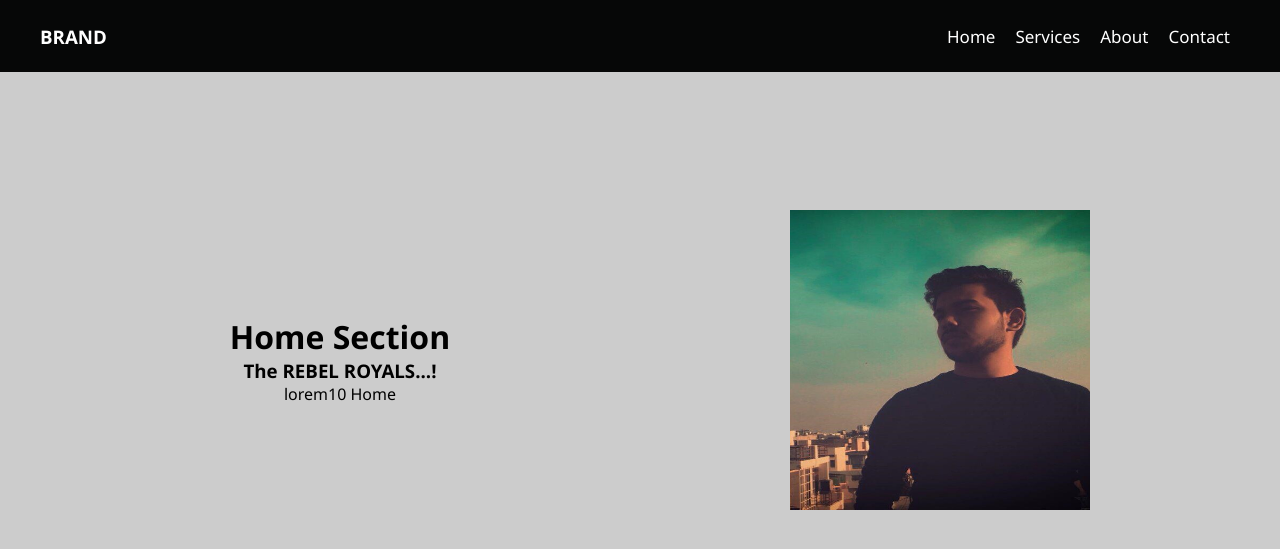
Repository: hemantsaini-7/React_Basics
Page: / (app in webreact/)
An editor plug-in stored every save of this project. The page is shown before and after the next save, followed by the edit.
The browser window is 1280 px wide. The pictures show the whole page.
The project was rebuilt for these pictures with package versions that can differ from the ones it lists, and the page was loaded fresh each time. Also part of the build but not shown: webreact/src/components/Card.js, webreact/src/components/Services.js, webreact/src/components/About.js, webreact/src/components/Contact.js.

Above is the page before, as saved 2020-11-02 15:30:06.

### webreact/src/App.js
import React,{Fragment} from 'react';
import {BrowserRouter as Router, Redirect} from 'react-router-dom';
import {Switch, Route} from 'react-router-dom';
import Nav from './components/Nav'
import Home from './components/Home'
import Services from './components/Services'
import About from './components/About'
import Contact from './components/Contact'
import './App.css';
function App() {
  return (
    <Fragment>
      <Router>
      <Nav />
       <Switch>
          <Route exact path="/" component={Home} />
          <Route exact path="/services" component={Services} />
          <Route exact path="/about" component={About} />
          <Route exact path="/contact" component={Contact} />
          <Redirect exact path="/" />
        </Switch>
      </Router>
    </Fragment>
  );
}

export default App;

### webreact/src/components/Nav.js
import React from 'react'
import { Link } from 'react-router-dom'

function Nav() {
    return (
        <nav>
            <a href="/"><h3>BRAND</h3></a>
            <ul className="links">
                <Link to="/"className="link-item"><li>Home</li></Link>
                <Link to="/services"className="link-item"><li>Services</li></Link>
                <Link to="/about"className="link-item"><li>About</li></Link>
                <Link to="/contact"className="link-item"><li>Contact</li></Link>
            </ul>
        </nav>
    )
}
export default Nav

### webreact/src/components/Home.js
import React from 'react'
import Common from './Common'
import img2 from '../images/2.jpeg'

function Home() {
    return (
        <Common name="Home Section" img={img2} para="lorem10 Home" />
    )
}

export default Home

### webreact/src/App.css
* {
  box-sizing: border-box;
  margin: 0;
  font-family: "Segoe UI", Tahoma, Geneva, Verdana, sans-serif;
}
nav {
  background-color: rgb(6, 7, 7);
  display: flex;
  justify-content: space-between;
  align-items: center;
  padding: 20px 40px;
  height: 10vh;
  position: fixed;
  top: 0;
  width: 100%;
}
a {
  text-decoration: none;
}
nav h3 {
  color: #fff;
}
.links {
  display: flex;
  list-style: none;
}
.link-item {
  margin: 10px;
  font-size: 17px;
  font-weight: 500;
  color: #fff;
}
.container {
  background-color: #ccc;
  display: grid;
  grid-template-columns: repeat(2, 1fr);
  margin: auto;
  padding: 40px;
  height: 100vh;
}
.left,
.right {
  display: flex;
  flex-direction: column;
  align-items: center;
  justify-content: center;
}
.right img {
  height: 300px;
  width: 300px;
}
.s-container {
  display: grid;
  grid-template-columns: repeat(3, 1fr);
  grid-gap: 40px;
  margin: 50px 200px;
}
.card {
  background-color: #000;
  display: flex;
  flex-direction: column;
  align-items: center;
  justify-content: center;
  padding: 20px 50px;
}
.card img {
  width: 200px;
}
.card h2 {
  color: #fff;
  margin-bottom: 20px;
}
.card p {
  color: #fff;
  text-align: center;
  margin-top: 10px;
}
.card a {
  color: #000;
  background-color: #fff;
  margin-top: 20px;
  padding: 7px 20px;
}

### webreact/src/components/Common.js
import React,{ Fragment} from 'react'

function Common(props) {
    return (
        <Fragment>
            <div className="container">
                <div className="left">
                    <h1 className="head">{props.name}</h1>
                    <h3 className="head-2">The REBEL ROYALS...!</h3>
                    <p>{props.para}</p>
                </div>
                <div className="right">
                    <img src={props.img} alt=""/>
                </div>
            </div>
        </Fragment>
    )
}

export default Common

Loaded but not shown: webreact/public/index.html (common file); webreact/src/index.js (common file)

After the next save:
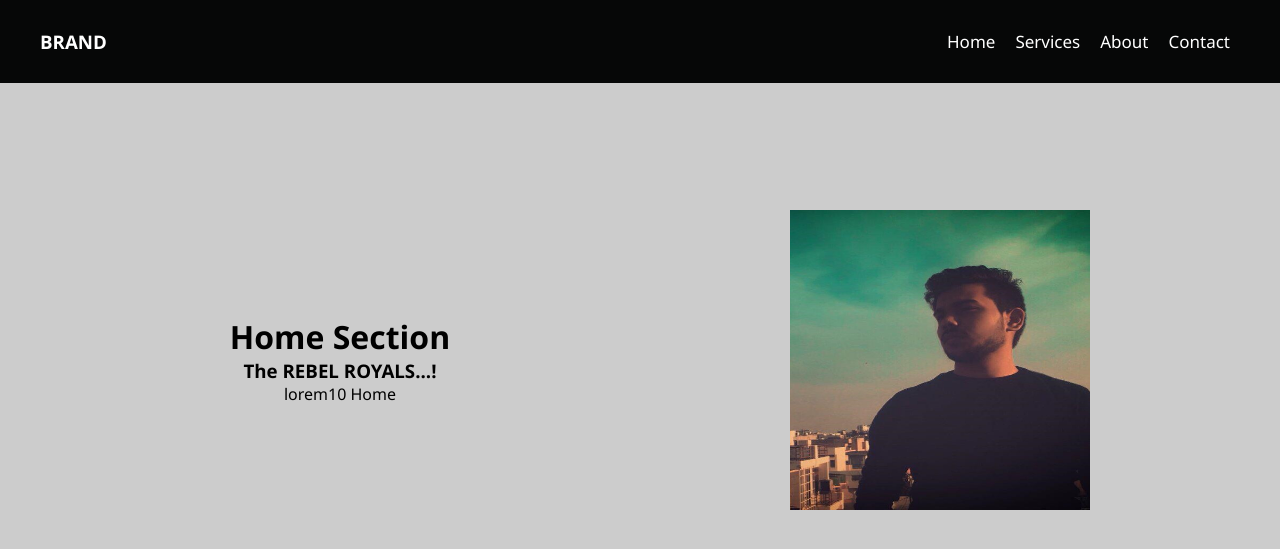
Saved 7 s later.
--- a/webreact/src/App.css
+++ b/webreact/src/App.css
@@ -9,7 +9,7 @@ nav {
   justify-content: space-between;
   align-items: center;
   padding: 20px 40px;
-  height: 10vh;
+  /* height: 10vh; */
   position: fixed;
   top: 0;
   width: 100%;
